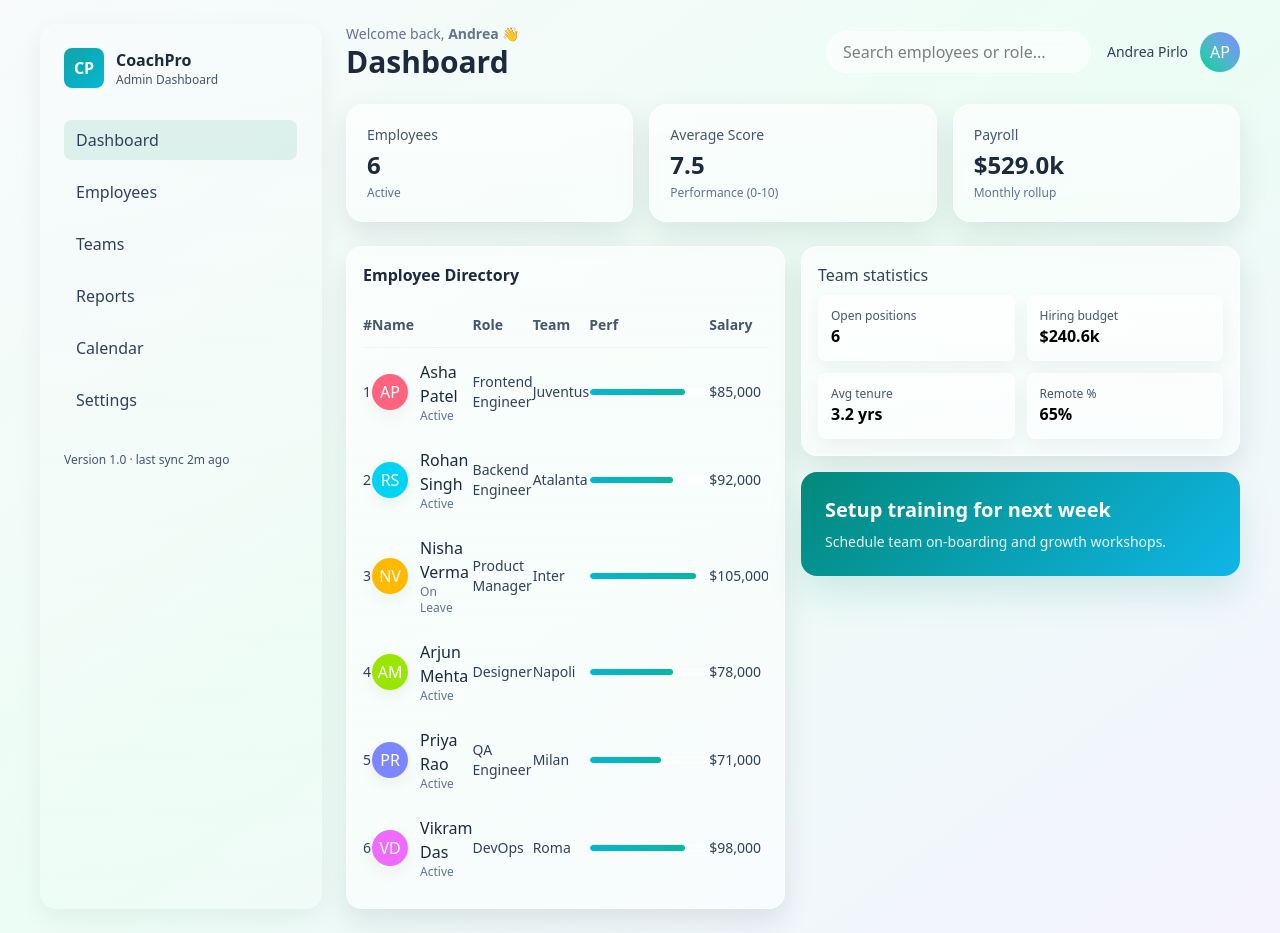
Repository: Khushichugh14/crm-dashboard
Page: /
These files come from the project's save history. The page is drawn as it stood at one moment and after the next save; the edit follows.
The browser window is 1280 px wide. The pictures show the whole page.
The project was rebuilt for these pictures with package versions that can differ from the ones it lists, and the page was loaded fresh each time. Also part of the build but not shown: vite.config.ts, src/components/EditModal.tsx.

Above is the page before, as saved 2025-12-11 18:24:40.

### src/main.tsx
import { createRoot } from 'react-dom/client'
import './index.css'
import App from './App.tsx'
import React from 'react'

createRoot(document.getElementById('root')!).render(
  <React.StrictMode>
    <App />
  </React.StrictMode>,
)

### src/index.css
@import "tailwindcss";

body {
  @apply bg-gradient-to-br from-slate-50 via-emerald-50 to-violet-50;
  font-family: Inter, ui-sans-serif, system-ui, -apple-system, "Segoe UI", Roboto, "Helvetica Neue", Arial;
}

### src/App.tsx
import React from "react";
import Dashboard from "./pages/Dashboard";

function App() {
  return <Dashboard/>;
}

export default App;

### src/pages/Dashboard.tsx
import React, { useMemo, useState } from "react";
import Sidebar from "../components/Sidebar";
import Header from "../components/Header";
import StatCard from "../components/StatCard";
import MiniCard from "../components/MiniCard";
import EmployeeTable from "../components/EmployeeTable";
import EditModal from "../components/EditModal";
import { sampleEmployees } from "../data/sampleEmployees";
import type { Employee } from "../types/employee";
import { THEME } from "../theme";



export default function Dashboard() {
  const [employees, setEmployees] = useState<Employee[]>(sampleEmployees);
  const [query, setQuery] = useState("");
  const [editing, setEditing] = useState<Employee | null>(null);

  const totalSalary = useMemo(() => employees.reduce((s, e) => s + e.salary, 0), [employees]);
  const avgPerf = useMemo(() => (employees.reduce((s, e) => s + e.performance, 0) / employees.length).toFixed(1), [employees]);

  const filtered = employees.filter(e =>
    e.name.toLowerCase().includes(query.toLowerCase()) ||
    e.role.toLowerCase().includes(query.toLowerCase())
  );

  function onSave(emp: Employee) {
    setEmployees(prev => prev.map(p => (p.id === emp.id ? emp : p)));
    setEditing(null);
  }

  function onDelete(id: string) {
    setEmployees(prev => prev.filter(p => p.id !== id));
  }

  return (
    <div className="min-h-screen p-6 bg-gradient-to-br from-slate-50 via-emerald-50 to-violet-50 font-sans">
      <div className="max-w-[1200px] mx-auto grid grid-cols-12 gap-6">
        <aside className="col-span-3">
          <Sidebar theme={THEME} />
        </aside>

        <main className="col-span-9">
          <Header query={query} setQuery={setQuery} theme={THEME} />
          <section className="grid grid-cols-3 gap-4 my-6">
            <StatCard title="Employees" value={String(employees.length)} subtitle="Active" theme={THEME} />
            <StatCard title="Average Score" value={avgPerf} subtitle="Performance (0-10)" theme={THEME} />
            <StatCard title="Payroll" value={`$${(totalSalary/1000).toFixed(1)}k`} subtitle="Monthly rollup" theme={THEME} />
          </section>

          <section className="grid grid-cols-2 gap-4">
            <div
              className="rounded-2xl p-4"
              style={{
                background: THEME.cardBg,
                border: `1px solid ${THEME.cardBorder}`,
                boxShadow: THEME.glassShadow,
              }}
            >
              <div className="flex items-center justify-between mb-4">
                <h2 className="font-semibold text-slate-800">Employee Directory</h2>
              </div>
              <div className="overflow-auto">
                <EmployeeTable employees={filtered} onEdit={setEditing} onDelete={onDelete} theme={THEME} />
              </div>
            </div>

            <div className="space-y-4">
              <div
                className="rounded-2xl p-4"
                style={{
                  background: THEME.cardBg,
                  border: `1px solid ${THEME.cardBorder}`,
                  boxShadow: THEME.glassShadow,
                }}
              >
                <h3 className="font-medium text-slate-700 mb-2">Team statistics</h3>
                <div className="grid grid-cols-2 gap-3">
                  <MiniCard label="Open positions" value="6" theme={THEME} />
                  <MiniCard label="Hiring budget" value="$240.6k" theme={THEME} />
                  <MiniCard label="Avg tenure" value="3.2 yrs" theme={THEME} />
                  <MiniCard label="Remote %" value="65%" theme={THEME} />
                </div>
              </div>

              <div
                className="rounded-2xl p-6 text-white"
                style={{
                  background: "linear-gradient(135deg,#02897a,#0fb6e6)",
                  boxShadow: "0 18px 36px rgba(2,137,122,0.14)",
                }}
              >
                <h3 className="font-bold text-xl">Setup training for next week</h3>
                <p className="mt-2 text-sm opacity-90">Schedule team on-boarding and growth workshops.</p>
              </div>
            </div>
          </section>
        </main>
      </div>

      {editing && <EditModal employee={editing} onClose={() => setEditing(null)} onSave={onSave} theme={THEME} />}
    </div>
  );
}

### src/components/Sidebar.tsx
import React from "react";
import type { THEME as TTYPE } from "../pages/Dashboard";
type Theme = any;

export default function Sidebar({ theme }: { theme: Theme }) {
  return (
    <div
      className="h-full rounded-2xl p-6"
      style={{
        background: "linear-gradient(180deg, rgba(255,255,255,0.18), rgba(255,255,255,0.12))",
        borderRight: "1px solid rgba(255,255,255,0.22)",
        boxShadow: "0 8px 24px rgba(14,30,37,0.06)",
      }}
    >
      <div className="flex items-center gap-3 mb-8">
        <div className="h-10 w-10 rounded-lg flex items-center justify-center text-white font-bold"
             style={{ background: "linear-gradient(135deg,#0ea5a9,#06b6d4)" }}>
          CP
        </div>
        <div>
          <div className="text-slate-800 font-semibold">CoachPro</div>
          <div className="text-xs text-slate-600">Admin Dashboard</div>
        </div>
      </div>

      <nav className="flex flex-col gap-3">
        {["Dashboard", "Employees", "Teams", "Reports", "Calendar", "Settings"].map(it => (
          <button key={it}
            className={`text-left py-2 px-3 rounded-lg transition-all duration-150 text-slate-700 hover:bg-white/10 ${it === "Dashboard" ? "bg-emerald-600/10 text-emerald-700" : ""}`}>
            {it}
          </button>
        ))}
      </nav>

      <div className="mt-8 text-xs text-slate-600">Version 1.0 · last sync 2m ago</div>
    </div>
  );
}

### src/components/Header.tsx
import React from "react";
type Theme = any;

export default function Header({ query, setQuery, theme }: { query: string; setQuery: (v: string) => void; theme: Theme; }) {
  return (
    <header className="flex items-center justify-between mb-6">
      <div>
        <div className="text-slate-500 text-sm">Welcome back, <span className="font-semibold">Andrea</span> 👋</div>
        <h1 className="text-3xl font-extrabold text-slate-800">Dashboard</h1>
      </div>

      <div className="flex items-center gap-4">
        <input
          value={query}
          onChange={(e) => setQuery(e.target.value)}
          placeholder="Search employees or role..."
          className="px-4 py-2 rounded-full border border-white/40 bg-white/60 backdrop-blur-sm"
          style={{ outline: "none" }}
        />
        <div className="flex items-center gap-3">
          <div className="text-sm text-slate-700">Andrea Pirlo</div>
          <div className="h-10 w-10 rounded-full bg-gradient-to-tr from-emerald-400 to-indigo-400 text-white flex items-center justify-center">AP</div>
        </div>
      </div>
    </header>
  );
}

### src/components/StatCard.tsx
import React from "react";
type Theme = any;

export default function StatCard({ title, value, subtitle, theme }: { title: string; value: string; subtitle?: string; theme: Theme; }) {
  return (
    <div
      className="rounded-2xl p-5"
      style={{
        background: theme.cardBg,
        border: `1px solid ${theme.cardBorder}`,
        borderRadius: theme.cardRadius,
        boxShadow: theme.glassShadow,
      }}
    >
      <div className="text-sm text-slate-600">{title}</div>
      <div className="text-2xl font-bold text-slate-800 mt-1">{value}</div>
      {subtitle && <div className="text-xs text-slate-500 mt-1">{subtitle}</div>}
    </div>
  );
}

### src/components/MiniCard.tsx
import React from "react";
type Theme = any;

export default function MiniCard({ label, value, theme }: { label: string; value: string; theme: Theme; }) {
  return (
    <div
      className="rounded-lg p-3"
      style={{
        background: "linear-gradient(180deg, rgba(255,255,255,0.60), rgba(255,255,255,0.48))",
        border: `1px solid rgba(255,255,255,0.6)`,
        boxShadow: "0 8px 20px rgba(14,30,37,0.05)",
      }}
    >
      <div className="text-xs text-slate-600">{label}</div>
      <div className="font-semibold">{value}</div>
    </div>
  );
}

### src/components/EmployeeTable.tsx
import React from "react";
import type { Employee } from "../types/employee";
type Theme = any;

export default function EmployeeTable({ employees, onEdit, onDelete, theme }:
  { employees: Employee[]; onEdit: (e: Employee) => void; onDelete: (id: string) => void; theme: Theme; }) {

  return (
    <div className="table-root">
      <table className="w-full text-left">
        <thead>
          <tr className="text-sm text-slate-600" style={{ borderBottom: "1px solid rgba(14,30,37,0.04)" }}>
            <th className="py-3">#</th>
            <th>Name</th>
            <th>Role</th>
            <th>Team</th>
            <th>Perf</th>
            <th>Salary</th>
            <th className="text-right">Actions</th>
          </tr>
        </thead>
        <tbody>
          {employees.map((e, i) => (
            <tr key={e.id} className="odd:bg-white/10 even:bg-transparent">
              <td className="py-3 text-sm text-slate-700">{i + 1}</td>

              <td className="py-3 flex items-center gap-3">
                <div
                  className="h-9 w-9 rounded-full flex items-center justify-center text-white font-medium"
                  style={{
                    background: (e.avatarColor ? undefined : "#94a3b8"),
                    boxShadow: "0 6px 16px rgba(14,30,37,0.06)",
                  }}
                >
                  <div className={`${e.avatarColor ?? "bg-slate-400"} h-9 w-9 rounded-full flex items-center justify-center text-white font-medium`}>
                    {e.name.split(" ").map(n => n[0]).slice(0, 2).join("")}
                  </div>
                </div>

                <div>
                  <div className="font-medium text-slate-800">{e.name}</div>
                  <div className="text-xs text-slate-500">{e.status}</div>
                </div>
              </td>

              <td className="py-3 text-sm text-slate-700">{e.role}</td>
              <td className="py-3 text-sm text-slate-700">{e.team}</td>
              <td className="py-3 text-sm">
                <div style={{
                  width: 120,
                  height: 8,
                  background: "rgba(255,255,255,0.45)",
                  borderRadius: 999,
                  overflow: "hidden",
                  border: "1px solid rgba(255,255,255,0.35)"
                }}>
                  <div style={{
                    width: `${(e.performance / 10) * 100}%`,
                    height: "100%",
                    background: "linear-gradient(90deg,#06b6d4,#06b6a4)",
                    borderRadius: 999
                  }} />
                </div>
              </td>

              <td className="py-3 text-sm text-slate-700">${e.salary.toLocaleString()}</td>
              <td className="py-3 text-right">
                <div className="inline-flex gap-2">
                  <button onClick={() => onEdit(e)} className="px-3 py-1 rounded-lg bg-white/20">Edit</button>
                  <button onClick={() => onDelete(e.id)} className="px-3 py-1 rounded-lg" style={{ background: "rgba(255,0,64,0.06)", color: "#9f1239" }}>Delete</button>
                </div>
              </td>
            </tr>
          ))}
        </tbody>
      </table>

      {employees.length === 0 && <div className="p-4 text-sm text-slate-600">No employees found.</div>}
    </div>
  );
}

### src/data/sampleEmployees.ts
import type { Employee } from "../types/employee";
import juveLogo from "../assets/teams/juventus.png";
import atalantaLogo from "../assets/teams/atalanta.png";
import interLogo from "../assets/teams/inter.png";
import napoliLogo from "../assets/teams/napoli.png";
import milanLogo from "../assets/teams/milan.png";
import romaLogo from "../assets/teams/roma.png";

export const sampleEmployees: Employee[] = [
  { id: "e1", name: "Asha Patel", role: "Frontend Engineer", team: "Juventus", teamLogo: juveLogo, avatarColor: "bg-rose-400", salary: 85000, performance: 8, status: "Active" },
  { id: "e2", name: "Rohan Singh", role: "Backend Engineer", team: "Atalanta", teamLogo: atalantaLogo, avatarColor: "bg-cyan-400", salary: 92000, performance: 7, status: "Active" },
  { id: "e3", name: "Nisha Verma", role: "Product Manager", team: "Inter", teamLogo: interLogo, avatarColor: "bg-amber-400", salary: 105000, performance: 9, status: "On Leave" },
  { id: "e4", name: "Arjun Mehta", role: "Designer", team: "Napoli", teamLogo: napoliLogo, avatarColor: "bg-lime-400", salary: 78000, performance: 7, status: "Active" },
  { id: "e5", name: "Priya Rao", role: "QA Engineer", team: "Milan", teamLogo: milanLogo, avatarColor: "bg-indigo-400", salary: 71000, performance: 6, status: "Active" },
  { id: "e6", name: "Vikram Das", role: "DevOps", team: "Roma", teamLogo: romaLogo, avatarColor: "bg-fuchsia-400", salary: 98000, performance: 8, status: "Active" },
];

### src/theme.ts
// theme.ts

export const THEME = {
  cardBg: "linear-gradient(180deg, rgba(255,255,255,0.66), rgba(255,255,255,0.52))",
  panelBg: "linear-gradient(180deg, rgba(250,250,250,0.68), rgba(245,251,250,0.48))",
  cardBorder: "rgba(255,255,255,0.65)",
  glassShadow: "0 12px 30px rgba(14,30,37,0.10)",
  cardRadius: 18,
};

After the next save:
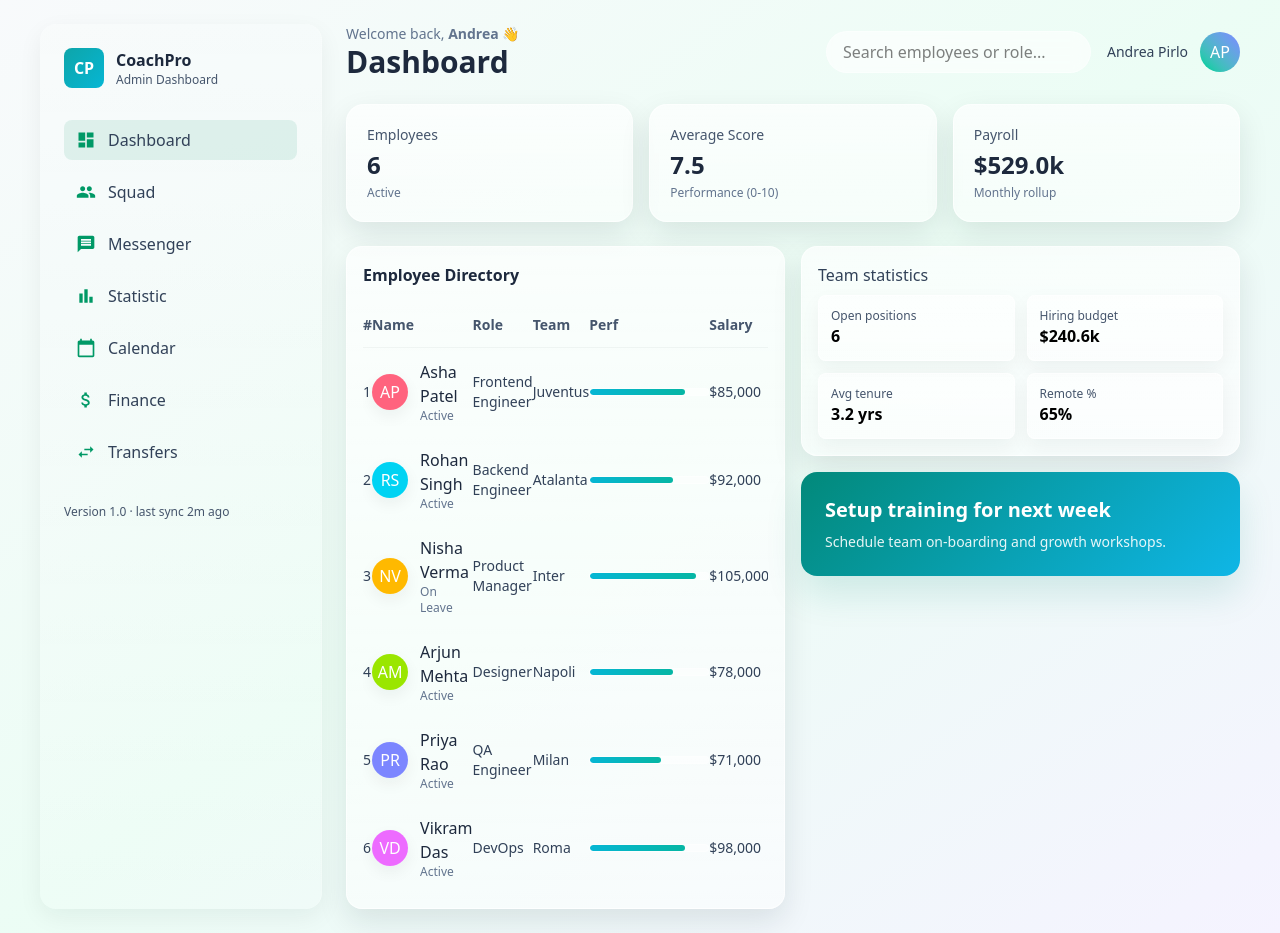
Saved 16 s later.
--- a/src/components/Sidebar.tsx
+++ b/src/components/Sidebar.tsx
@@ -1,8 +1,17 @@
 import React from "react";
-import type { THEME as TTYPE } from "../pages/Dashboard";
-type Theme = any;
+import { MdDashboard, MdPeople, MdMessage, MdBarChart, MdCalendarToday, MdAttachMoney, MdSwapHoriz } from "react-icons/md";
 
-export default function Sidebar({ theme }: { theme: Theme }) {
+export default function Sidebar() {
+  const menu = [
+    { label: "Dashboard", icon: <MdDashboard size={20} /> },
+    { label: "Squad", icon: <MdPeople size={20} /> },
+    { label: "Messenger", icon: <MdMessage size={20} /> },
+    { label: "Statistic", icon: <MdBarChart size={20} /> },
+    { label: "Calendar", icon: <MdCalendarToday size={20} /> },
+    { label: "Finance", icon: <MdAttachMoney size={20} /> },
+    { label: "Transfers", icon: <MdSwapHoriz size={20} /> },
+  ];
+
   return (
     <div
       className="h-full rounded-2xl p-6"
@@ -24,10 +33,11 @@ export default function Sidebar({ theme }: { theme: Theme }) {
       </div>
 
       <nav className="flex flex-col gap-3">
-        {["Dashboard", "Employees", "Teams", "Reports", "Calendar", "Settings"].map(it => (
-          <button key={it}
-            className={`text-left py-2 px-3 rounded-lg transition-all duration-150 text-slate-700 hover:bg-white/10 ${it === "Dashboard" ? "bg-emerald-600/10 text-emerald-700" : ""}`}>
-            {it}
+        {menu.map((it, idx) => (
+          <button key={it.label}
+            className={`flex items-center gap-3 py-2 px-3 rounded-lg transition-all duration-150 text-slate-700 hover:bg-white/10 ${idx===0 ? "bg-emerald-600/10 text-emerald-700" : ""}`}>
+            <span className="text-emerald-600">{it.icon}</span>
+            <span>{it.label}</span>
           </button>
         ))}
       </nav>
